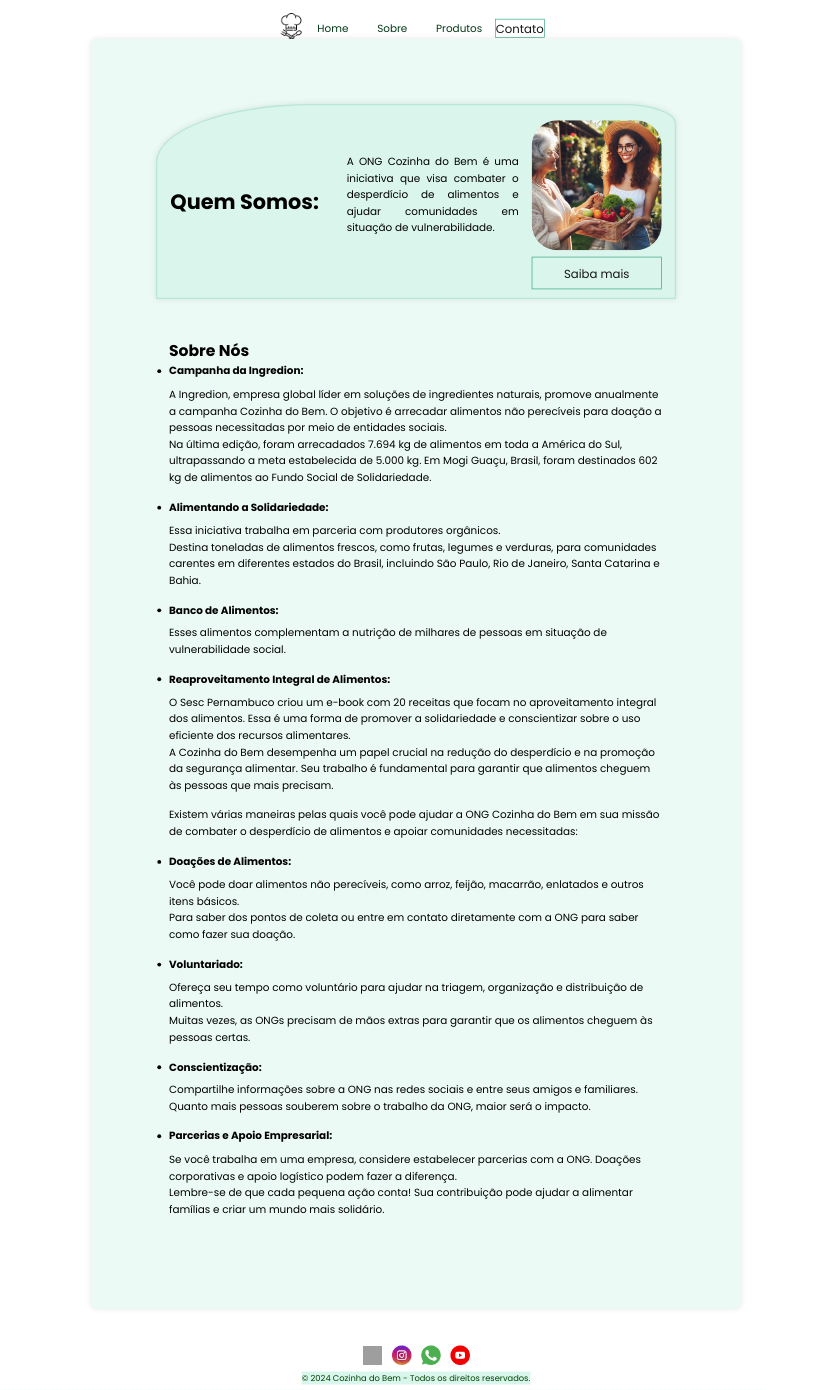
Repository: Thalia-Nataly/Cozinha-do-Bem-Proz
Page: sobre.html
These files come from the project's save history. The page is drawn as it stood at one moment and after the next save; the edit follows.
The browser window is 1280 px wide. The pictures show the whole page, at 65% of full size.
Pictures or frames that could not be fetched are drawn as grey boxes.

Above is the page before, as saved 2024-08-25 19:10:16.
Console error: TypeError: Cannot read properties of null (reading 'addEventListener')

After the next save:
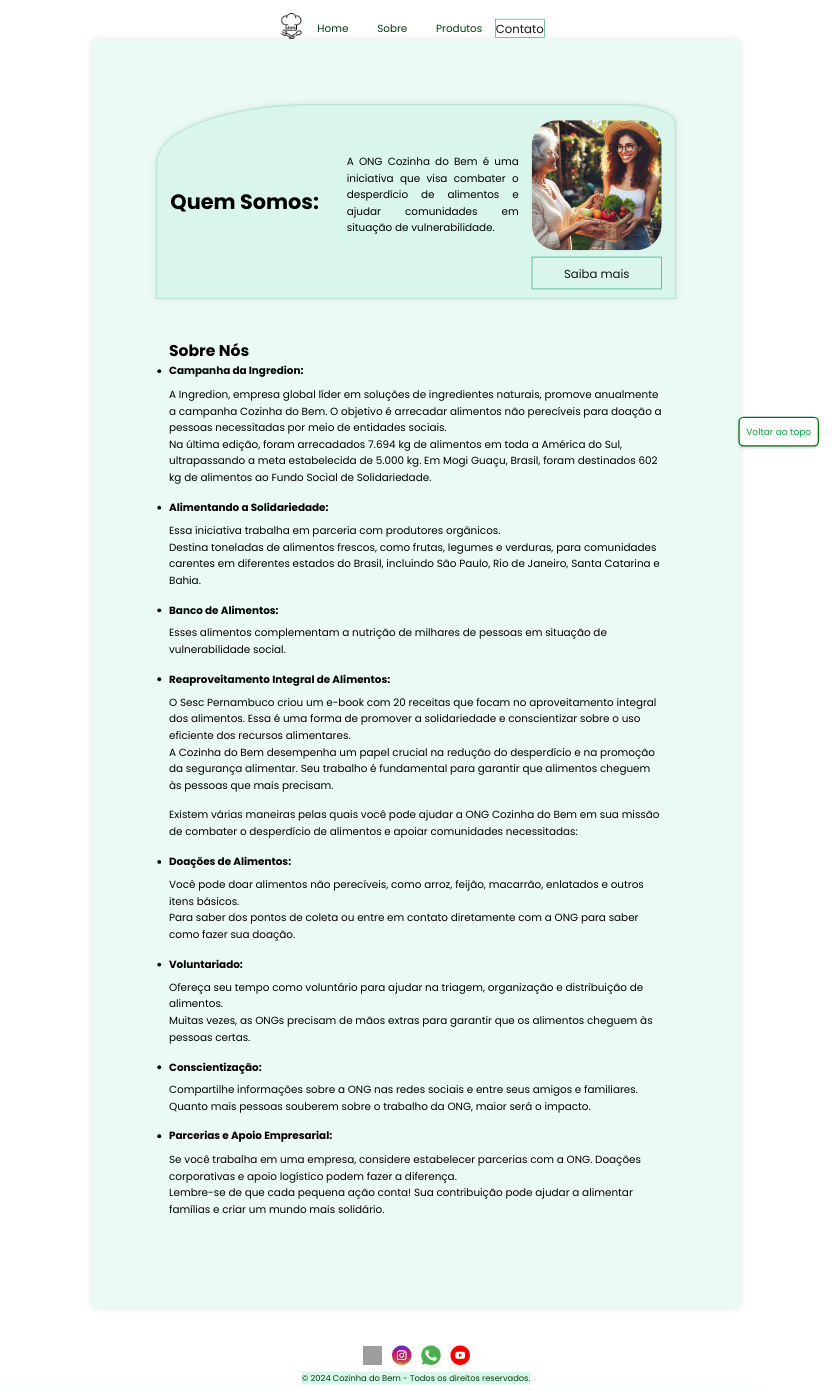
Console error: SyntaxError: Identifier 'formProd' has already been declared
Saved 5 s later.
--- a/js/menu.js
+++ b/js/menu.js
@@ -30,3 +30,9 @@ formProdButton.addEventListener('click', ()=>{
     formProd.style.display = 'block';
     formContato.style.display = 'none';
 })
+
+// formulario de contato//
+const formProd = document.querySelector('.form-produtos');
+const formProdButton = document.querySelector('.form-prodcontainer button');
+formProdButton.addEventListener('click', ()=>{
+    formProd.style.display = 'block';

After the save that followed:
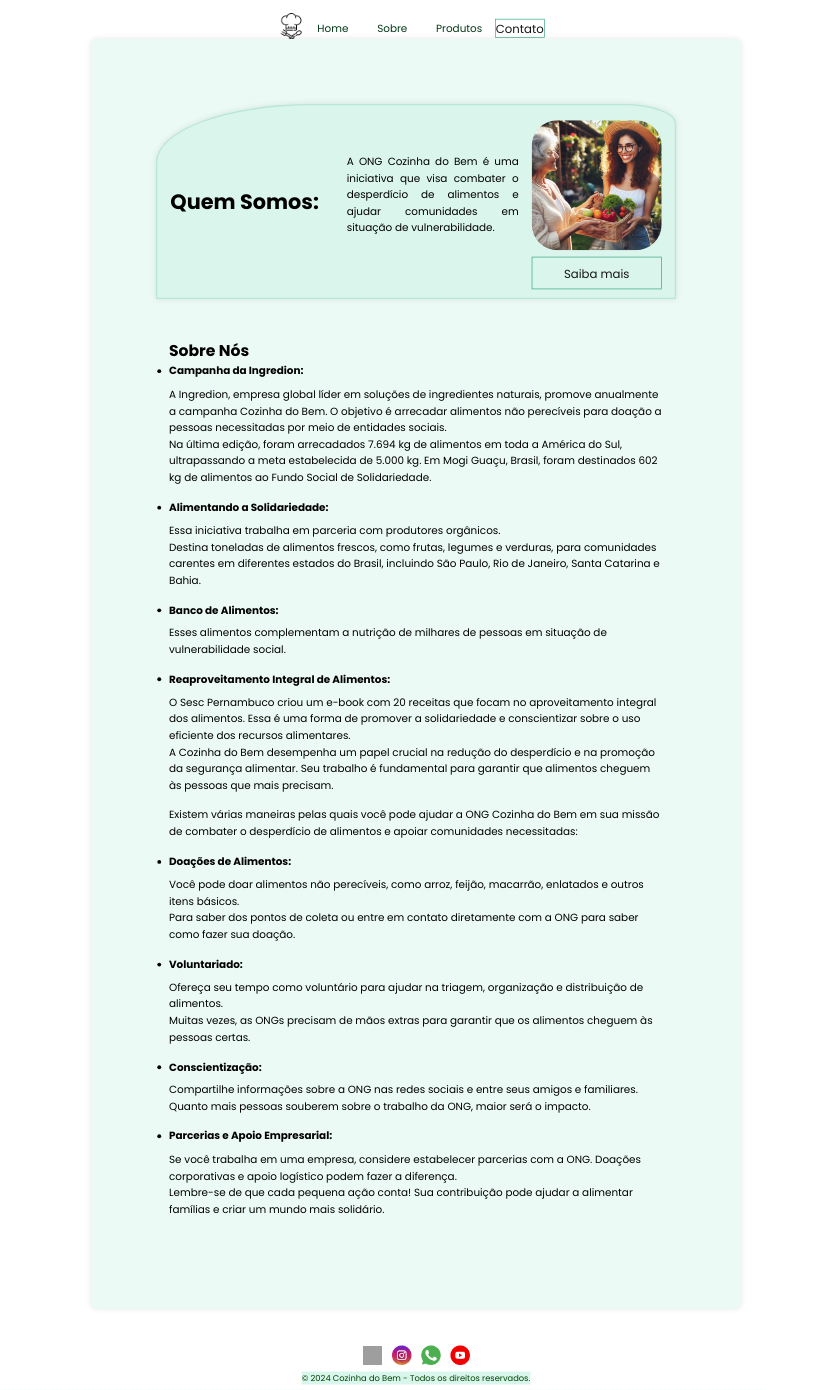
Console error: TypeError: Cannot read properties of null (reading 'addEventListener')
Saved 105 s later.
--- a/js/menu.js
+++ b/js/menu.js
@@ -30,9 +30,3 @@ formProdButton.addEventListener('click', ()=>{
     formProd.style.display = 'block';
     formContato.style.display = 'none';
 })
-
-// formulario de contato//
-const formProd = document.querySelector('.form-produtos');
-const formProdButton = document.querySelector('.form-prodcontainer button');
-formProdButton.addEventListener('click', ()=>{
-    formProd.style.display = 'block';
